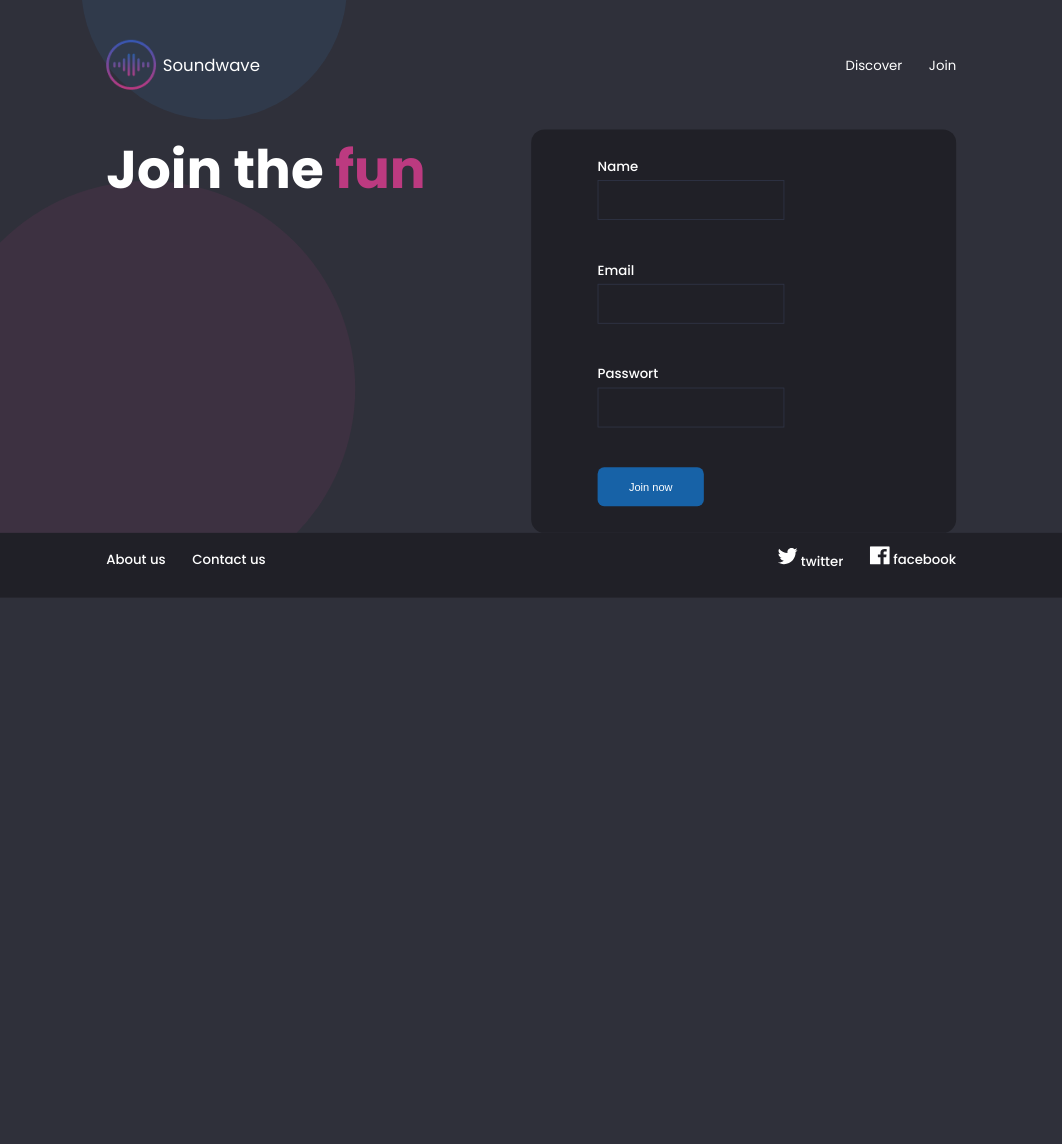
Repository: Hiiiij/soundwave
Page: pages/join.html
An editor plug-in stored every save of this project. The page is shown before and after a run of saves, followed by the edit.
The browser window is 1280 px wide. The pictures show the whole page, at 83% of full size.

Above is the page before, as saved 2020-07-06 11:22:17.

After the next 2 saves:
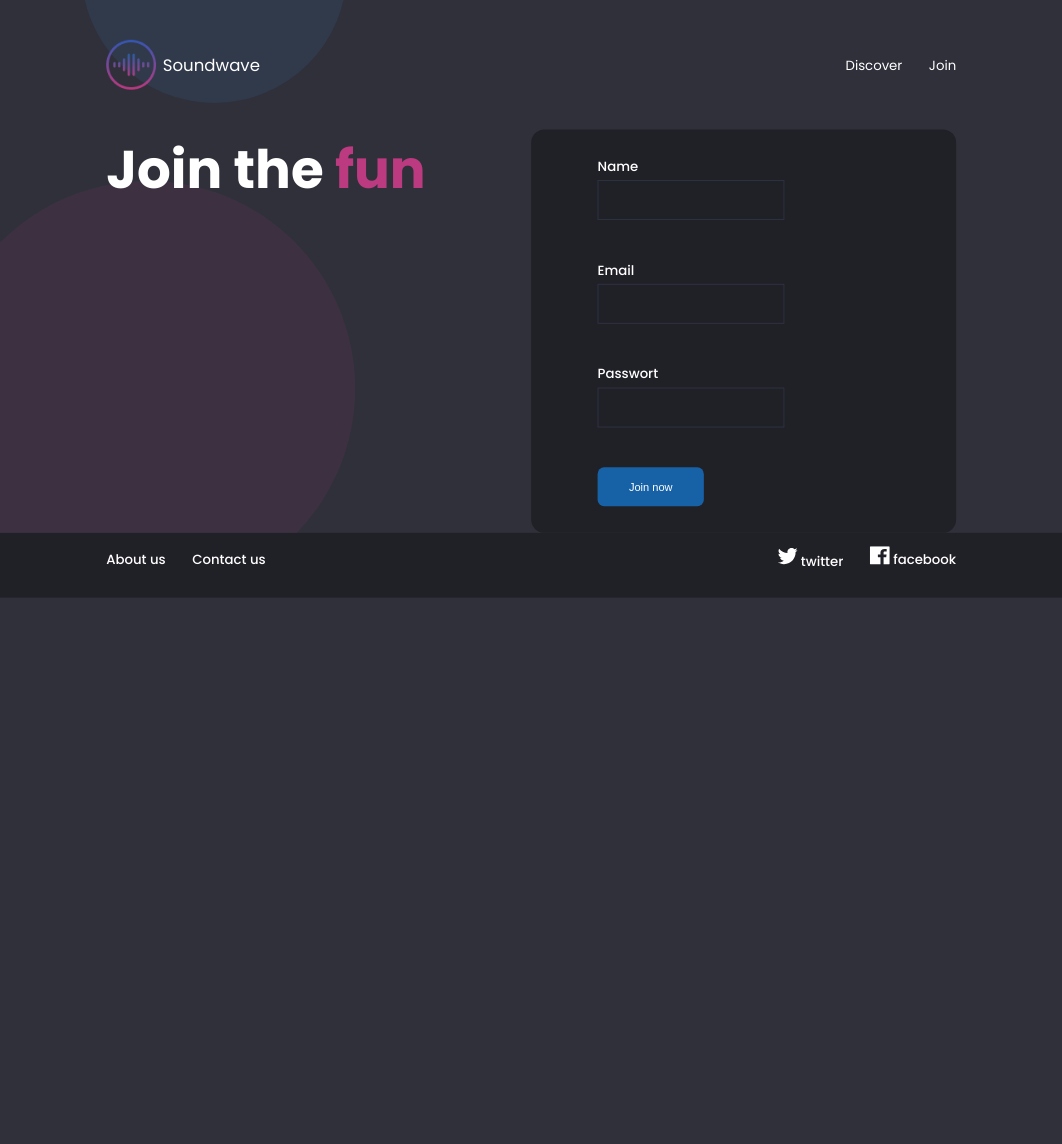
The 2 saves are shown as one change because they came seconds apart.
The last was saved 20 s later.
--- a/style.css
+++ b/style.css
@@ -277,7 +277,7 @@ transform:translateX(-15%);
     transform: translate(-200px, -50%);
 }
 span.blue.joy-2 {
-    transform: translate(-350px,-320px);
+    transform: translate(-350px,-340px);
 }
 .footer-nav {
   padding: 1rem 0;
